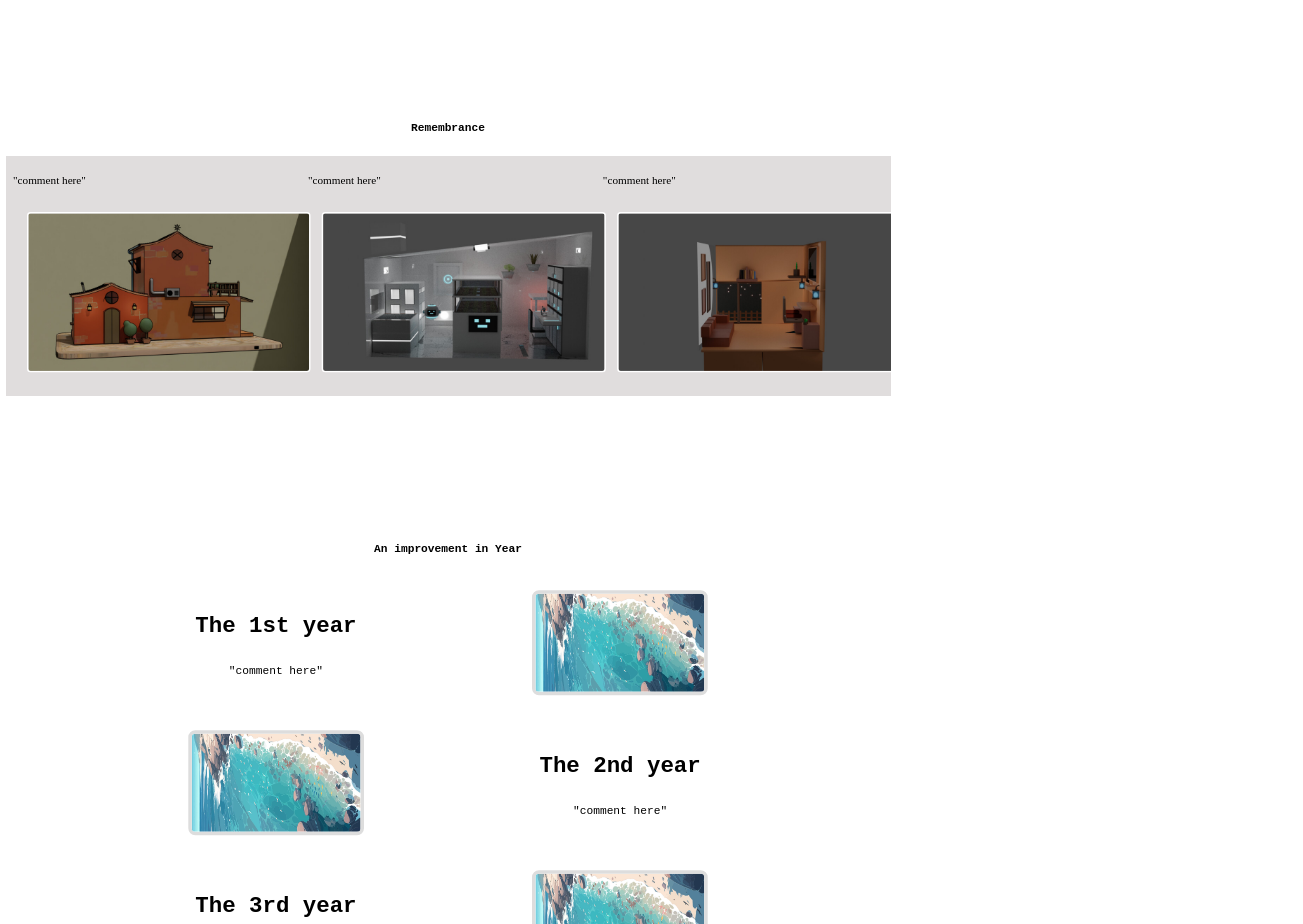
Repository: kittipichcha/Port1
Page: page2.html
The author's editor kept a copy of each file at every save. The page is drawn from the files as they stood at one save, then again after the next save.
The browser window is 1280 px wide. The page is 1862 px wide, so the pictures cover 1862 px, including what lies to the right of the window. The pictures show the part of the page from y = 1603 to 2923 px (the page is 4678 px tall before and 4794 px after), at 70% of full size.

Above is the page before, as saved 2024-10-16 21:15:49.

After the next save:
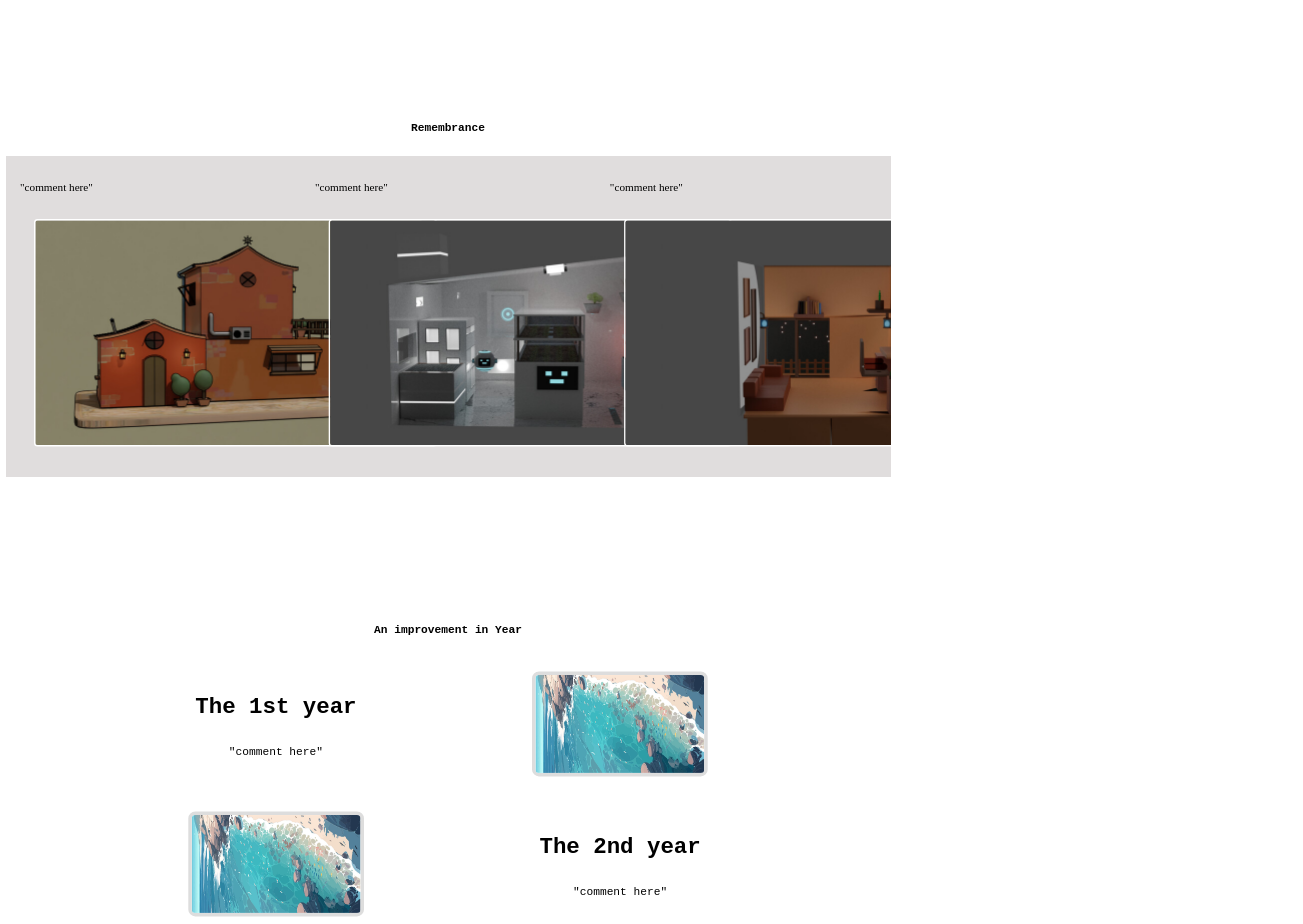
Saved 24 s later.
--- a/page2.html
+++ b/page2.html
@@ -33,17 +33,17 @@
     <div class = "galleryContainer">
         <h1 class = "textGeneral" style = "justify-content: center;"> Remembrance </h1>
         <div class = "scrollImage">
-            <div style = "margin: 10px">
+            <div style = "margin: 20px">
                 <p> "comment here" </p>
-                <img style = "width:100%" src = "image/house2.jpg">
+                <img style = "width:150%" src = "image/house2.jpg">
             </div>
-            <div style = "margin: 10px">
+            <div style = "margin: 20px">
                 <p> "comment here" </p>
-                <img style = "width:100%" src = "image/lab.jpg">
+                <img style = "width:150%" src = "image/lab.jpg">
             </div>
-            <div style = "margin: 10px">
+            <div style = "margin: 20px">
                 <p> "comment here" </p>
-                <img style = "width:100%" src = "image/room.jpg">
+                <img style = "width:150%" src = "image/room.jpg">
             </div>
         </div>
     </div>
